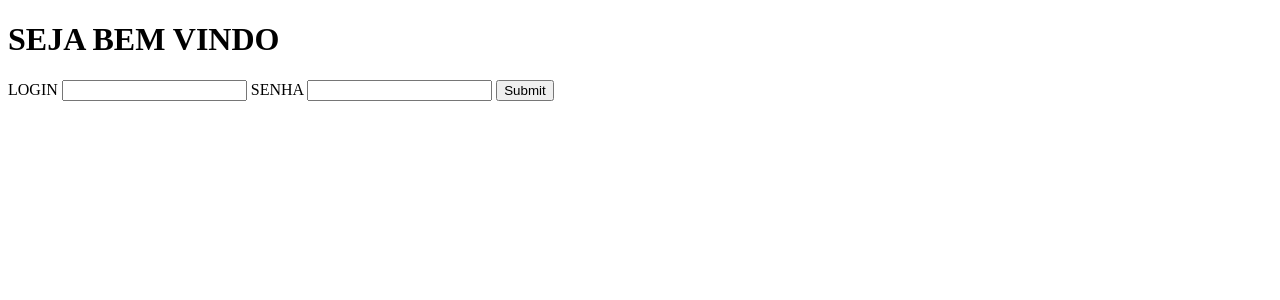
Repository: JulioCesarSF/Java
Page: http://localhost/05-JSP-Servlet/
These files come from the project's save history. The page is drawn as it stood at one moment and after the next save; the edit follows.
The browser window is 1280 px wide. The pictures show the whole page.
The page is served by Tomcat 9.

Above is the page before, as saved 2016-08-17 20:27:15.

After the next save:
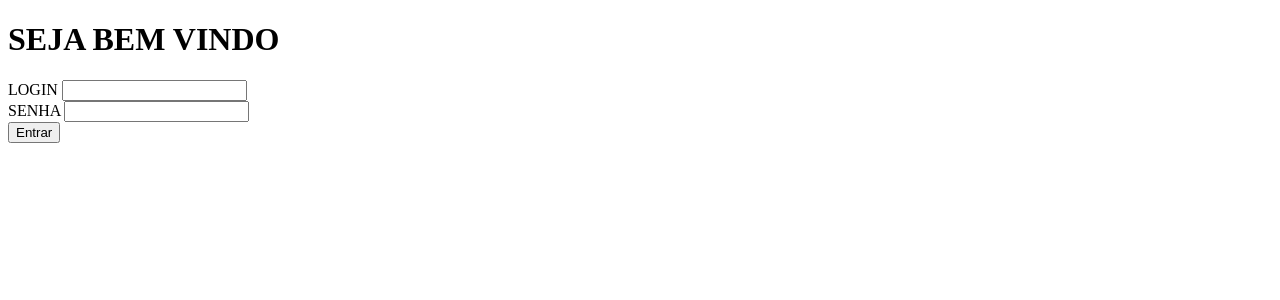
Saved 14 h 45 min later.
--- a/ProjetosFaculdade/Thiago/05-JSP-Servlet/WebContent/index.jsp
+++ b/ProjetosFaculdade/Thiago/05-JSP-Servlet/WebContent/index.jsp
@@ -1,5 +1,5 @@
 <%@ page language="java" contentType="text/html; charset=ISO-8859-1"
-    pageEncoding="ISO-8859-1"%>
+	pageEncoding="ISO-8859-1"%>
 <!DOCTYPE html PUBLIC "-//W3C//DTD HTML 4.01 Transitional//EN" "http://www.w3.org/TR/html4/loose.dtd">
 <html>
 <head>
@@ -7,11 +7,19 @@
 <title>PÁGINA DE INICIO</title>
 </head>
 <body>
-<h1>SEJA BEM VINDO</h1>
-	<label for="nome">LOGIN</label>
-	<input type="text" name="nome" id="nome" class="id">
-	<label for="senha">SENHA</label>
-	<input type="password" name="senha" id="senha">
-	<input type="submit">
+	<h1>SEJA BEM VINDO</h1>
+	<form method="post" action="logar">
+		<div>
+			<label for="nome">LOGIN</label> <input type="text" name="nome"
+				id="nome" class="id">
+		</div>
+		<div>
+			<label for="senha">SENHA</label> <input type="password" name="senha"
+				id="senha">
+		</div>
+		<div>
+			<input type="submit" value="Entrar">
+		</div>
+	</form>
 </body>
 </html>
